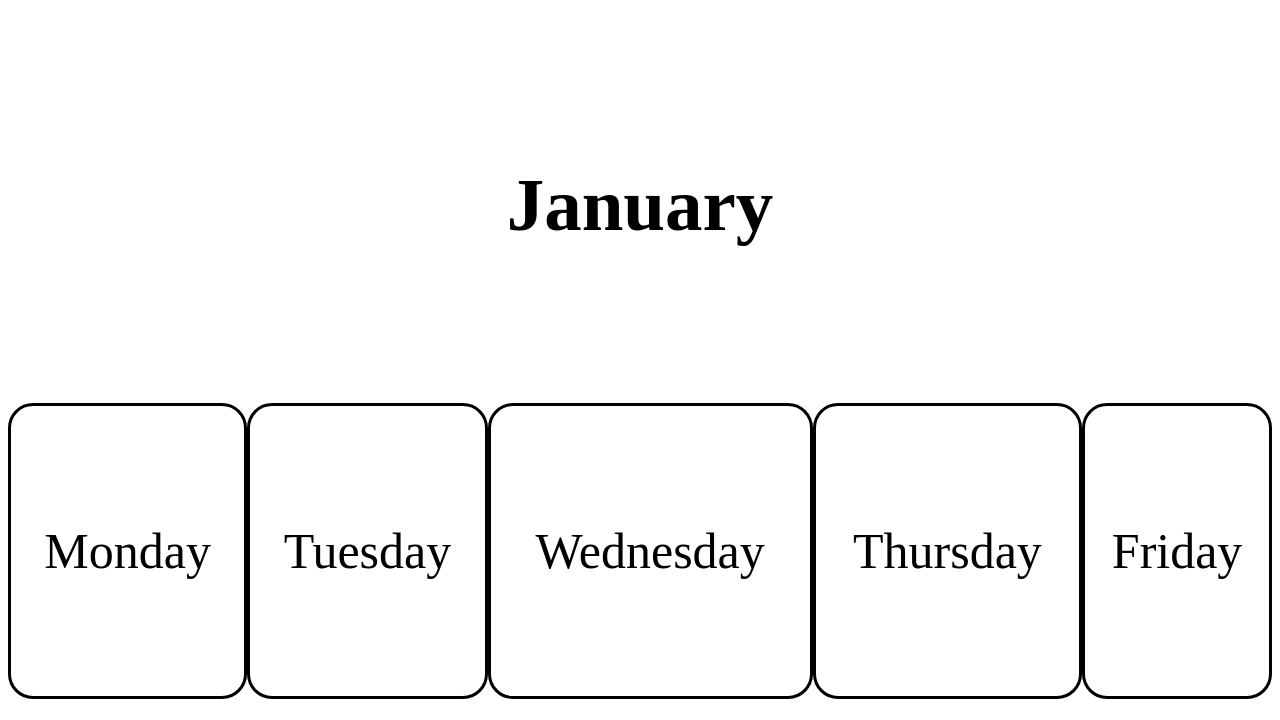
Repository: shleewhite/missionBitCalendar
Page: views/jun.html
The author's editor kept a record of every edit. The page is drawn from the files as they stood at one moment, then again after the next edit.
The browser window is 1280 px wide. The pictures show the whole page.

Above is the page before.

### views/jun.html
<article id="jun">
<html>
    <link rel="stylesheet" type="text/css" href="main.css">
    <head></head>
    <body>
        <table id="monthTable">
                <th class="monthHeader" colspan="5">January</th>
            <tr>
                <td class="weekday">Monday</td>
                <td class="weekday">Tuesday</td>
                <td class="weekday">Wednesday</td>
                <td class="weekday">Thursday</td>
                <td class="weekday">Friday</td>
            </tr>
            <tr>
                <td></td>
            </tr>
        </table>
    </body>
</html>

### views/main.css
table {
    text-align: center;
    font-size: 50px;
    width: 100%;
    height: 700px;
    border-spacing: 50px 20px;

}
table th {
    text-align: center;
}
#year{
    /*font-family: 'Lobster', cursive;*/
    font-size: 100px;
}
.month{
    border-collapse: separate;
    border-color: #000000;
    border-radius: 25px;
    border-style: double;

    border-top-width: 15px;
    border-bottom-width: 15px;
    border-left-width: 15px;
    border-right-width: 15px;
    cursor: pointer;
}
.monthHeader {
    font-size: 75px;
    border-style: none;
}
.weekday {
    font-size: 50px;
    border-style: solid;
    border-radius: 25px;
}
#monthTable {
    border-spacing: 0px;
    border-color: #000000;
    border-radius: 25px;
    cursor: pointer;
    padding: 0px;
}
.days {
    font-size: 20px;
    text-align: left;
    border-style: double;
}
.noOne {
    text-align: center;
}
.nextMonth {
    color: #9C9C9C;
}

After the next edit:
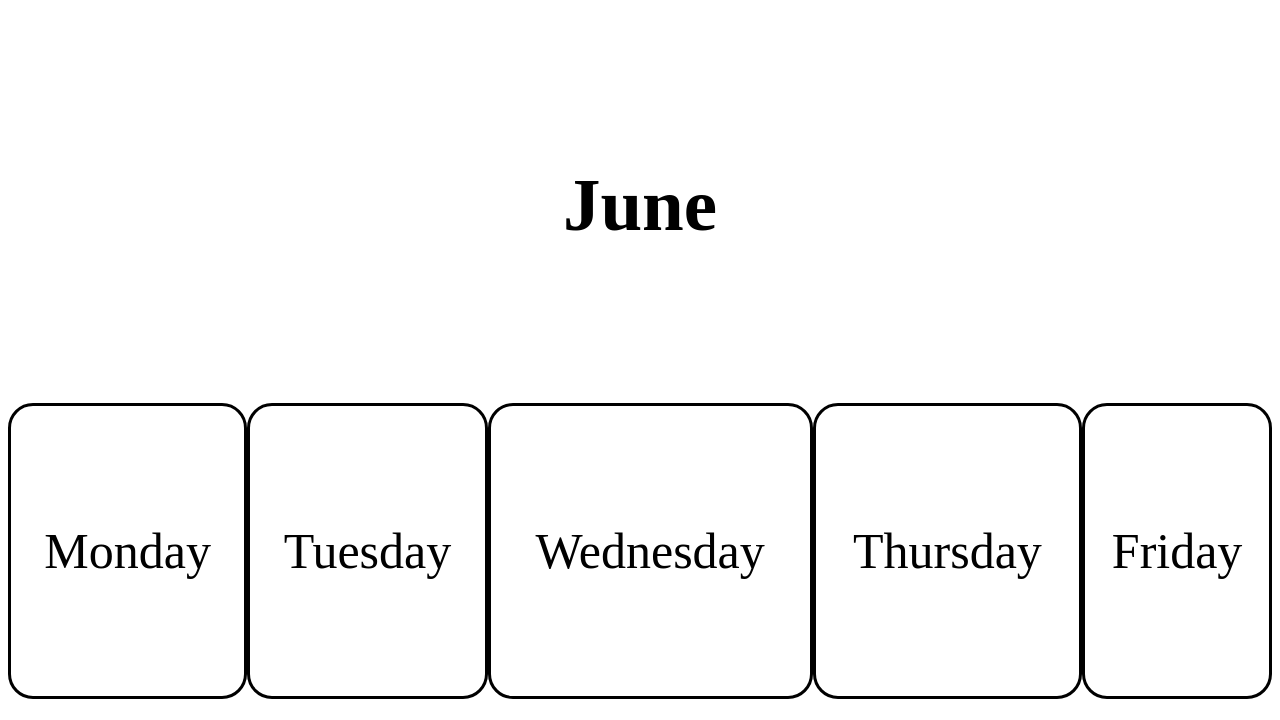
The edit:
--- a/views/jun.html
+++ b/views/jun.html
@@ -4,7 +4,7 @@
     <head></head>
     <body>
         <table id="monthTable">
-                <th class="monthHeader" colspan="5">January</th>
+                <th class="monthHeader" colspan="5">June</th>
             <tr>
                 <td class="weekday">Monday</td>
                 <td class="weekday">Tuesday</td>
